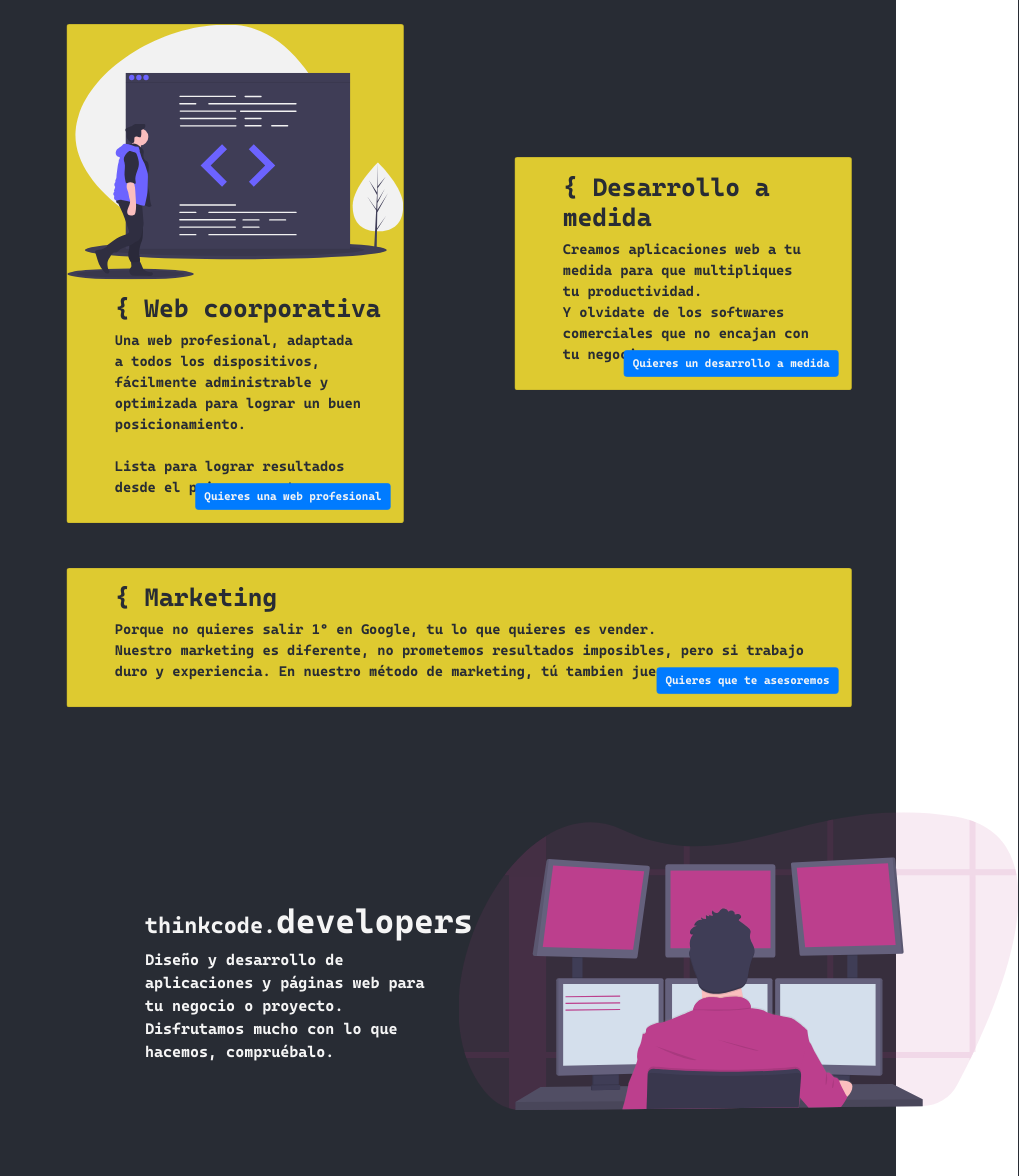
Repository: banchiec/thinkcode
Page: /
These files come from the project's save history. The page is drawn as it stood at one moment and after the next save; the edit follows.
The browser window is 1280 px wide. The page is 1455 px wide, so the pictures cover 1455 px, including what lies to the right of the window. The pictures show the part of the page from y = 926 to 2606 px (the page is 2686 px tall before and 2718 px after), at 70% of full size.
Some web libraries are served in a nearby version. The project was rebuilt for these pictures with package versions that can differ from the ones it lists, and the page was loaded fresh each time. A package was used in the major version that the imports need, not the one package.json lists. Also part of the build but not shown: src/components/MenuItems.js, src/components/Dropdownthink.css, src/components/Dropdownthink.js, src/components/pages/Consulting.js, src/components/pages/ContactUs.js, src/components/pages/Marketing.js, src/components/pages/Products.js, src/components/pages/Services.js and 1 more.

Above is the page before, as saved 2020-11-27 00:54:31.

### public/index.html
<!DOCTYPE html>
<html lang="en">
  <head>
    <meta charset="utf-8" />
    <link rel="icon" href="%PUBLIC_URL%/favicon.ico" />
    <meta name="viewport" content="width=device-width, initial-scale=1" />
    <meta name="theme-color" content="#000000" />
    <meta
      name="description"
      content="Web site created using create-react-app"
    />
    <link rel="apple-touch-icon" href="%PUBLIC_URL%/logo192.png" />
    <script src="https://kit.fontawesome.com/e7a02c1b14.js" crossorigin="anonymous"></script>
    <!--
      manifest.json provides metadata used when your web app is installed on a
      user's mobile device or desktop. See https://developers.google.com/web/fundamentals/web-app-manifest/
    -->
    <link rel="manifest" href="%PUBLIC_URL%/manifest.json" />
    <!--
      Notice the use of %PUBLIC_URL% in the tags above.
      It will be replaced with the URL of the `public` folder during the build.
      Only files inside the `public` folder can be referenced from the HTML.

      Unlike "/favicon.ico" or "favicon.ico", "%PUBLIC_URL%/favicon.ico" will
      work correctly both with client-side routing and a non-root public URL.
      Learn how to configure a non-root public URL by running `npm run build`.
    -->
    <title>React App</title>
  </head>
  <body>
    <noscript>You need to enable JavaScript to run this app.</noscript>
    <div id="root"></div>
    <!--
      This HTML file is a template.
      If you open it directly in the browser, you will see an empty page.

      You can add webfonts, meta tags, or analytics to this file.
      The build step will place the bundled scripts into the <body> tag.

      To begin the development, run `npm start` or `yarn start`.
      To create a production bundle, use `npm run build` or `yarn build`.
    -->


  </body>
</html>

### src/index.css
body {
  margin: 0;
  font-family: -apple-system, BlinkMacSystemFont, 'Segoe UI', 'Roboto', 'Oxygen',
    'Ubuntu', 'Cantarell', 'Fira Sans', 'Droid Sans', 'Helvetica Neue',
    sans-serif;
  -webkit-font-smoothing: antialiased;
  -moz-osx-font-smoothing: grayscale;
}

code {
  font-family: source-code-pro, Menlo, Monaco, Consolas, 'Courier New',
    monospace;
}
@font-face{
  font-family: 'CascadiaCode-Bold';
  src: local('CascadiaCode-Bold'), url(./fonts/CascadiaCode-Bold.ttf)
}

### src/App.js
import './App.css';
// import logo_thinkcode from './logo_thinkcode.png'
import React, {} from 'react'
import Navbarthink from './components/Navbarthink'
import {BrowserRouter as Router, Switch, Route} from 'react-router-dom'

// import Button  from 'react-bootstrap/Button'
// import 'bootstrap/dist/css/bootstrap.min.css'

// import {Navbar,Button, Nav , NavLink} from 'react-bootstrap'

import Consulting from './components/pages/Consulting'
import ContactUs from './components/pages/ContactUs'
import Home from './components/pages/Home'
import Marketing from './components/pages/Marketing'
import Products from './components/pages/Products'
import Services from './components/pages/Services'
import SignUp from './components/pages/SignUp'

function App() {

  // const [click, setClick] = useState(false)
  // const [dropdown, setDropdown] = useState(false)




  return (
    <div className="App">
      <Router>
        <Navbarthink/>
        <Switch>
          <Route path='/consulting' exact component ={Consulting}></Route>
          <Route path='/contact-us' exact component ={ContactUs}></Route>
          <Route path='/' exact component ={Home}></Route>
          <Route path='/marketing' exact component ={Marketing}></Route>
          <Route path='/products' exact component ={Products}></Route>
          <Route path='/services' exact component ={Services}></Route>
          <Route path='/sign-up' exact component ={SignUp}></Route>
        </Switch>
      </Router>

      {/* <Navbar className="navbar_thinkcode "  expand="lg">
        <Navbar.Brand href ="#home">
          <img
            alt=""
            src={logo_thinkcode}
            className="d-inline-block align-top ml-4"
            width="320"
            height="50"
          />
        </Navbar.Brand>
        <Navbar.Toggle aria-controls="responsive-navbar-nav" ></Navbar.Toggle>

        <Navbar.Collapse id="responsive-navbar-nav" className="ml-5 ">
          <Nav className="collapse navbar-collapse">
            <NavLink className="enlace_navbar ">Páginas web</NavLink>
            <NavLink className="enlace_navbar">Desarrollo a medida</NavLink>
            <NavLink className="enlace_navbar">Portafolio</NavLink>
            <NavLink className="enlace_navbar">Contacto</NavLink>
          </Nav>
        </Navbar.Collapse>
        <Button variant="success">¿Hablamos?</Button>
      </Navbar> */}

      {/* <header className="App-header">
        <h1>thinkcode</h1>
        <Button>send up</Button>
      </header> */}
    </div>
  );
}

export default App;

### src/App.css
*{
  box-sizing: border-box;
  margin: 0;
  padding: 0;
  font-family: CascadiaCode-Bold;
  /* background: #282c34 ; */
  /* background: linear-gradient(90deg, rgb(76, 80, 88) 100%, rgb(8, 8, 9) 0%); */
}

.App {
  text-align: center;
  background: #282c34 ;
}

.App-logo {
  height: 40vmin;
  pointer-events: none;
}

.home, .services, .products,.contact-us,.sign-up, .marketing, .consulting{
  display: flex;
  height: 90vh;
  align-items: center;
  justify-content: center;
  font-size: 3rem;
}





@media (prefers-reduced-motion: no-preference) {
  .App-logo {
    animation: App-logo-spin infinite 20s linear;
  }
}

.App-header {
  background-color: #282c34;
  min-height: 100vh;
  display: flex;
  flex-direction: column;
  align-items: center;
  justify-content: center;
  font-size: calc(10px + 2vmin);
  color: white;
}

.App-link {
  color: #61dafb;
}

@keyframes App-logo-spin {
  from {
    transform: rotate(0deg);
  }
  to {
    transform: rotate(360deg);
  }
}

### src/components/Navbarthink.js
import React, { useState} from 'react'
import logo_thinkcode from '../images/logo_thinkcode.png'
// import logo_thinkcode from '../images/logo_thinkcode.png'
import { Buttonthink} from './Buttonthink'
import {Link} from 'react-router-dom'
import './Navbarthink.css'
import Dropdownthink from './Dropdownthink'

export default function Navbarthink(){
    const [click, setClick] = useState(false)
    const [dropdown, setDropdown] = useState(false)

    const handleClick = () => setClick(!click)
    const closeMobileMenu = () => setClick(false)

    const onMouseEnter = () =>{
        if(window.innerWidth < 960) {
        setDropdown(false)
        } else {
        setDropdown(true)
        }
    }
    const onMouseLeave = () =>{
        if(window.innerWidth < 960) {
        setDropdown(false)
        } else {
        setDropdown(false)
        }
    }

    return(
        <>
            <nav className="navbarthink">
                <Link to='/' className="navbar-logo">
                    {/* thinkcode */}
                    <img alt="" src={logo_thinkcode} width="300" height="40"></img>
                </Link>
                <div className='menu-icon' onClick={handleClick}>
                    <i className={click ? 'fas fa-times' : 'fas fa-bars'}
                    />
                </div>
                <ul className={ click ? 'nav-menu active' : 'nav-menu'}>

                    <li className='nav-item'>
                        <Link to='/' className='nav-links' onClick={closeMobileMenu}>
                            Home
                        </Link>
                    </li>
                    <li className='nav-item'
                        onMouseEnter={onMouseEnter}
                        onMouseLeave={onMouseLeave}
                        // onClick={handleClick}
                        >
                        <Link to='/services' className='nav-links' onClick={closeMobileMenu}>
                           Services
                           <i className='fas fa-caret-down' />
                        </Link>
                        {dropdown && <Dropdownthink/>}
                    </li>
                    <li className='nav-item'>
                        <Link to='/products' className='nav-links' onClick={closeMobileMenu}>
                            Products
                        </Link>
                    </li>
                    <li className='nav-item'>
                        <Link to='/contact-us' className='nav-links' onClick={closeMobileMenu}>
                           Contact Us
                        </Link>
                    </li>
                    <li className='nav-item'>
                        <Link to='/sign-up' className='nav-links-mobile' onClick={closeMobileMenu}>
                           Sign up
                        </Link>
                    </li>

                </ul>
                <Buttonthink />
            </nav>
        </>
    )

}

### src/components/pages/Home.js
import React from 'react'
import InfoSection from '../infoSection/InfoSection'
import Pricing from '../pricing/Pricing'

export default function Home() {
    return (
        <div>
            <InfoSection></InfoSection>
            <Pricing></Pricing>
            <InfoSection></InfoSection>
           {/* <h1 className='consulting' >Thinkcode</h1> */}
        </div>
    )
}

### src/components/Buttonthink.js
import React  from 'react'
import './Buttonthink.css'
import {Link} from 'react-router-dom'

export function Buttonthink() {
        return (
            <Link to ='sing-up'>
               <button className='btnthink'>Sign think </button>
            </Link>
        )
}

### src/components/Navbarthink.css
.navbarthink{
  /* background: linear-gradient(9deg, rgb(66, 80, 88) 0%, rgb(8, 8, 9) 100%); */
  background: #282c34;

  height: 80px;
  display: flex;
  justify-content: center;
  align-items: center;
  font-size: 1.2rem;
}

.navbar-logo {
  color: #fff;
  justify-self: start;
  margin-left: 40px;
  cursor: pointer;
  text-decoration: none;
}

.fa-firstdraft {
  margin-left: 0.5rem;
  font-size: 1.6rem;
}

.nav-menu {
  display: grid;
  grid-template-columns: repeat(5, auto);
  grid-gap: 10px;
  list-style: none;
  text-align: center;
  width: 70vw;
  justify-content: end;
  margin-right: 2rem;
}

.nav-item {
  display: flex;
  align-items: center;
  height: 80px;
}

.nav-links {
  color: white;
  text-decoration: none;
  padding: 0.5rem 1rem;
}

.nav-links:hover {
  background-color: #1888ff;
  border-radius: 4px;
  transition: all 0.2s ease-out;
}

.fa-bars {
  color: #fff;
}

.nav-links-mobile {
  display: none;
}

.menu-icon {
  display: none;
}

@media screen and (max-width: 960px) {
  /* .text-propuesta {
    margin-top: 12rem;
  }
 */
  .fa-caret-down {
    display: none;
  }
  .NavbarItems {
    position: relative;
  }

  .nav-menu {
    display: flex;
    flex-direction: column;
    width: 100%;
    height: 90vh;
    position: absolute;
    top: 80px;
    left: -100%;
    opacity: 1;
    transition: all 0.9s ease;
  }

  .nav-menu.active {
    background: #2a2c30;
    left: 0;
    opacity: 1;
    transition: all 0.5s ease;
    z-index: 1;
  }

  .nav-links {
    text-align: center;
    padding: 2rem;
    width: 100%;
    display: table;
  }

  .nav-links:hover {
    background-color: #1888ff;
    border-radius: 0;
  }

  .navbar-logo {
    position: absolute;
    top: 0;
    left: 0;
    transform: translate(25%, 50%);
  }

  .menu-icon {
    display: block;
    position: absolute;
    top: 0;
    right: 0;
    transform: translate(-100%, 60%);
    font-size: 1.8rem;
    cursor: pointer;
  }

  .fa-times {
    color: #fff;
    font-size: 2rem;
  }

  .nav-links-mobile {
    display: block;
    text-align: center;
    padding: 1.5rem;
    margin: 2rem auto;
    border-radius: 4px;
    width: 80%;
    background: #1888ff;
    text-decoration: none;
    color: #fff;
    font-size: 1.5rem;
  }

  .nav-links-mobile:hover {
    background: #fff;
    color: #1888ff;
    transition: 250ms;
  }

  button {
    display: none;
  }
}

### src/components/infoSection/InfoSection.js
import React from 'react'
import imagensvg3 from '../../images/imagensvg3.svg'
import 'bootstrap/dist/css/bootstrap.min.css'
import './infoSection.css'
import {Col, Container,Row,} from 'react-bootstrap'

export default function InfoSection() {
    return (
            <Container fluid  className="content-infoSection">
                <Row>
                    <Col  md={6} lg={6} >
                        <div className="content-text-infoSection">
                            <h2 >thinkcode.<span className="text-title-infoSection">developers</span></h2>
                            <p className="text-infoSection">Diseño y desarrollo de aplicaciones y páginas web para tu negocio o proyecto.
                            Disfrutamos mucho con lo que hacemos, compruébalo.</p>
                        </div>
                    </Col>
                    <Col  md={6} lg={6}  >
                        <img  className="imagensvg-infoSection" alt="" src={imagensvg3}></img>
                    </Col>

                    </Row>

            </Container >
    )
}

### src/components/pricing/Pricing.js

import React from 'react'
import './Pricing.css'
import imagensvg1 from '../../images/imagensvg1.svg'
import 'bootstrap/dist/css/bootstrap.min.css'
import {Card, Container, Button, Row, Col} from 'react-bootstrap'

export default function Pricing() {
    return (
        <Container fluid className ="container-pricing">
            <h1 className="text-propuesta">Conoce nuestros servicios</h1>
            <Row>
                <Col  className="container-card">

                    <Card  className="card-pricing" >
                        <Card.Img variant ="top" src={imagensvg1}></Card.Img>
                        <Card.Body>
                            <h2 className="title-card">&#123;  Web coorporativa</h2>
                            <p className="text-card">
                                Una web profesional, adaptada a todos los dispositivos, fácilmente administrable y optimizada para lograr un buen posicionamiento.
                                <br/><br/>Lista para lograr resultados desde el primer momento
                            </p>
                            <Button  className="card-button" variant="primary">Quieres una web profesional</Button>
                        </Card.Body>
                    </Card>
                </Col>
                <Col  className="container-card">

                    <Card className="card-pricing">
                    <Card.Body>
                        <h2 className="title-card">&#123;  Desarrollo a medida</h2>
                        <p className="text-card">
                            Creamos aplicaciones web a tu medida para que multipliques tu productividad.<br/>
                            Y olvidate de los softwares comerciales que no encajan con tu negocio.
                        </p>
                        <Button className="card-button" variant="primary">Quieres un desarrollo a medida</Button>
                    </Card.Body>
                    </Card>
                </Col>
                <Col className="container-card">
                    <Card  className="card-pricing" >
                    <Card.Body>
                        <h2 className="title-card">&#123; Marketing</h2>
                        <p className="text-card">
                            Porque no quieres salir 1º en Google, tu lo que quieres es vender. <br/>

                            Nuestro marketing es diferente, no prometemos resultados imposibles, pero si
                            trabajo duro y experiencia. En nuestro método de marketing, tú tambien juegas.                        </p>
                        <Button  className="card-button" variant="primary">Quieres que te asesoremos</Button>
                    </Card.Body>
                    </Card>
                </Col>
            </Row>

        </Container>
    )
}

### src/components/Buttonthink.css
:root{
    --primary: #1888ff;
}
.btnthink{
    padding: 8px 20px;
    border-radius: 4px;
    outline: none;
    border: none;
    font-size: 18px;
    color: #fff;
    cursor: pointer;
    background-color: var(--primary);
}
.btnthink:hover {
    padding: 6px 18px;
    transition: all 1.5s ease-out;
    background-color: transparent;
    color: #2a2a2a;
    border-radius: 4px;
    border: 2px solid var(--primary)
}

### src/components/infoSection/infoSection.css
.imagensvg-infoSection {
    padding: 0;
    /* border-right: 5px; */
    width: 800px;

}
.content-infoSection {
    /* padding: 0; */
    margin-top: 150px;
    background: #282c34 ;
    height: 600px;
    /* border: 1px solid rebeccapurple; */
}
.content-text-infoSection {
    margin-left: 12rem;
    margin-top: 8rem;
    text-align: start;
    /* border: 0; */
    /* padding: 0; */
    /* border: 1px solid whitesmoke; */
    color: whitesmoke;
}
.text-title-infoSection{
    font-size: 3rem;
    /* size: 12px; */
}
.text-infoSection {
    font-size: 22px;
}
@media screen and (max-width: 960px) {
    .content-infoSection {
        margin-top: 0px;
    }
    .text-infoSection{
        margin-top: 3rem;
        margin-left: 1rem;
        margin-right: 1rem;
    }
    .imagensvg-infoSection{
        margin-top: 5rem;
        width: 500px;
    }
    .content-text-infoSection {
        margin-left: 1rem;
    }
    .text-propuesta {
        margin-top: 15rem;
    }

}

### src/components/pricing/Pricing.css
.container-pricing {
    /* background-color: whitesmoke; */
    /* border: 1px solid white; */
    /* height:  800px; */
    background: linear-gradient(90deg, rgb(76, 80, 88) 100%, rgb(66, 66 66) 0%);
    /* z-index: -1; */
}
.container-card{
    padding-top: 4rem;
    align-content: center;
    padding: auto;
    text-align: start;
    /* height: 600px; */
    /* background-color: violet; */
    /* color: transparent; */
}
.card-pricing {
    /* width: 34rem; */
    margin-left: 5rem;
    background: #deca30;
    /* background: #3b4454; */
    /* background: linear-gradient(90deg, rgb(224, 242, 241) 0%, rgb(255, 255, 255) 100%); */
    margin-right: 3rem;
    /* height: 30rem; */
}
.card-button {
    /* margin-top: 3rem; */
    /* margin-left: 13rem; */
    position: absolute;
    right: 18px;
    bottom: 18px;
    color: whitesmoke;
}
.text-card {
    /* padding-top: 1.5rem; */
    padding-left: 3rem;
    padding-right: 2.5rem;
    color: #282c34;
    font-size: 20px;
}
.title-card {
    /* padding-top: 2rem; */
    padding-left: 3rem;
    color: #282c34;
    font-size: 36px;
}
.text-propuesta {
    color: whitesmoke;
    font-size: 3rem;
}

Loaded but not shown: src/index.js (common file); src/reportWebVitals.js (common file)

After the next save:
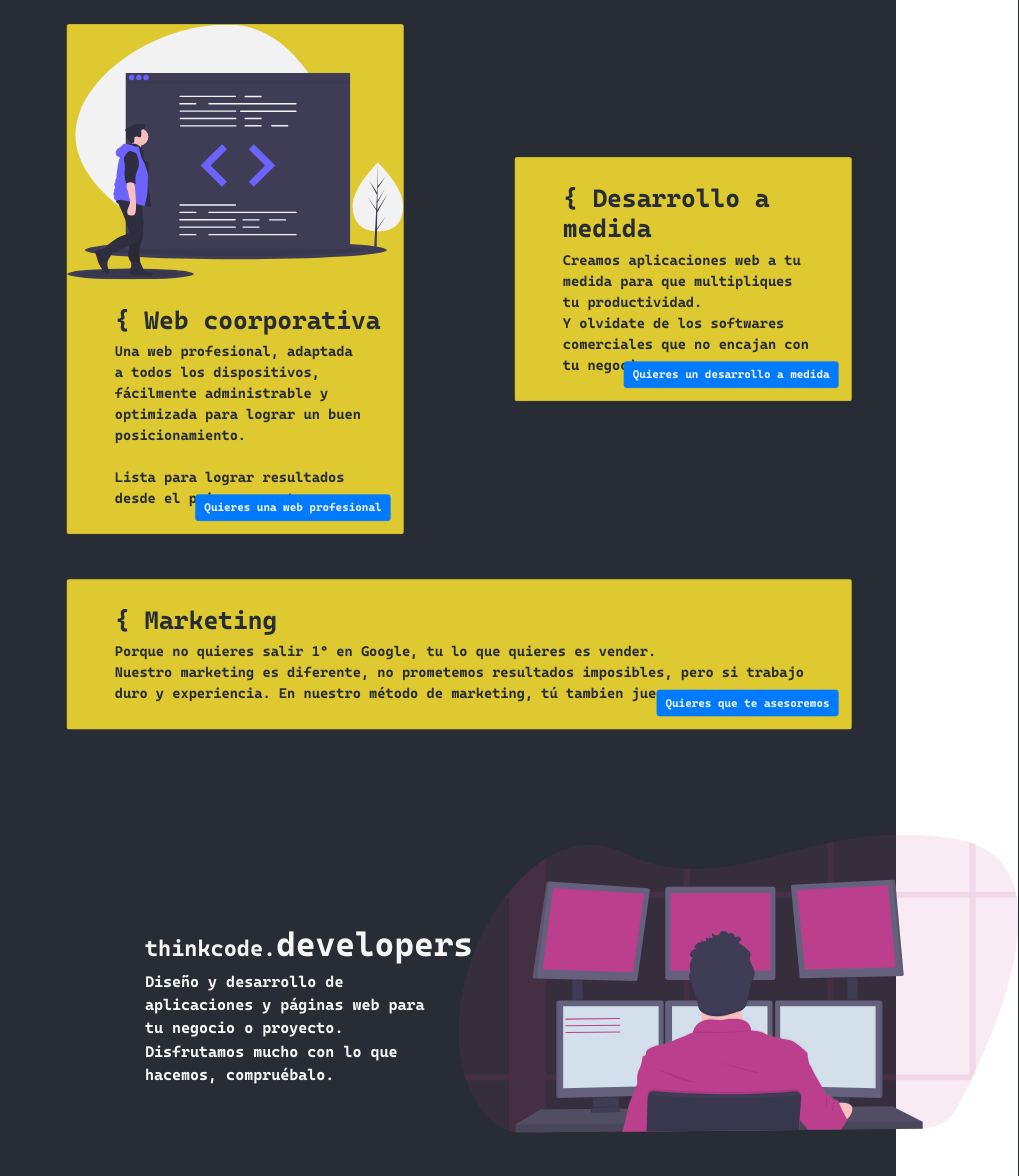
Saved 9 s later.
--- a/src/components/pricing/Pricing.css
+++ b/src/components/pricing/Pricing.css
@@ -39,7 +39,7 @@
     font-size: 20px;
 }
 .title-card {
-    /* padding-top: 2rem; */
+    padding-top: 1rem;
     padding-left: 3rem;
     color: #282c34;
     font-size: 36px;
